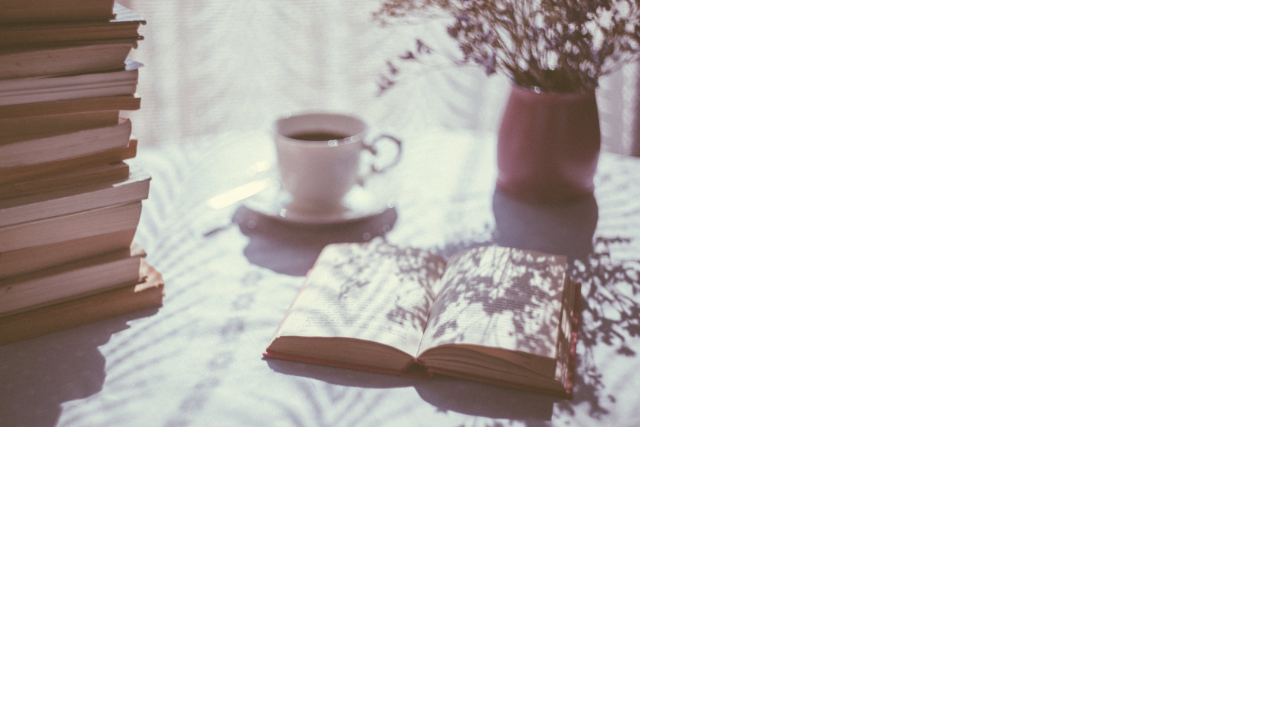
Repository: pazvarela/SCL019-social-network
Page: src/index.html
An editor plug-in stored every save of this project. The page is shown before and after the next save, followed by the edit.
The browser window is 1280 px wide. The pictures show the whole page.

Above is the page before, as saved 2022-03-08 17:20:07.
Console error (its wording comes from the project's code and is left out).

After the next save:
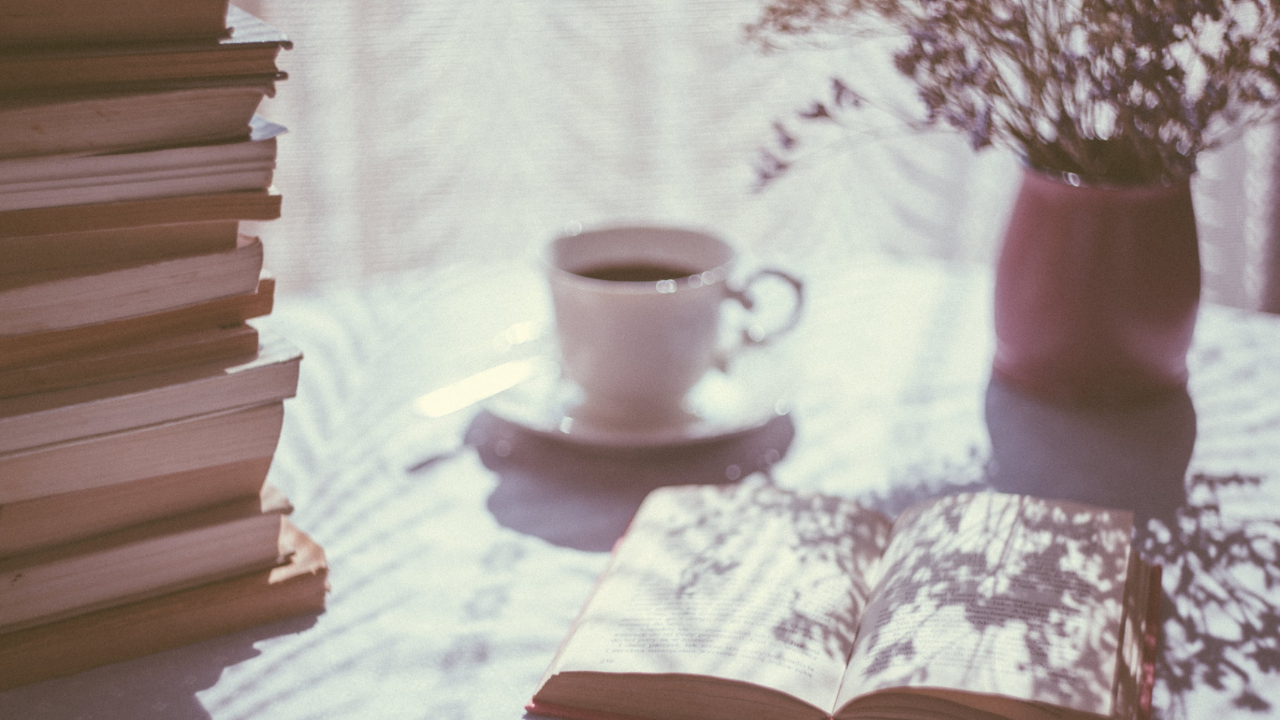
Saved 13 s later.
--- a/src/style.css
+++ b/src/style.css
@@ -7,7 +7,7 @@
 body {
     background-image: url('./img/backgroundbb.jpeg');
     background-repeat: no-repeat;
-    background-size: 50%;
+    background-size: 100%;
 }
 
 :root {

After the save that followed:
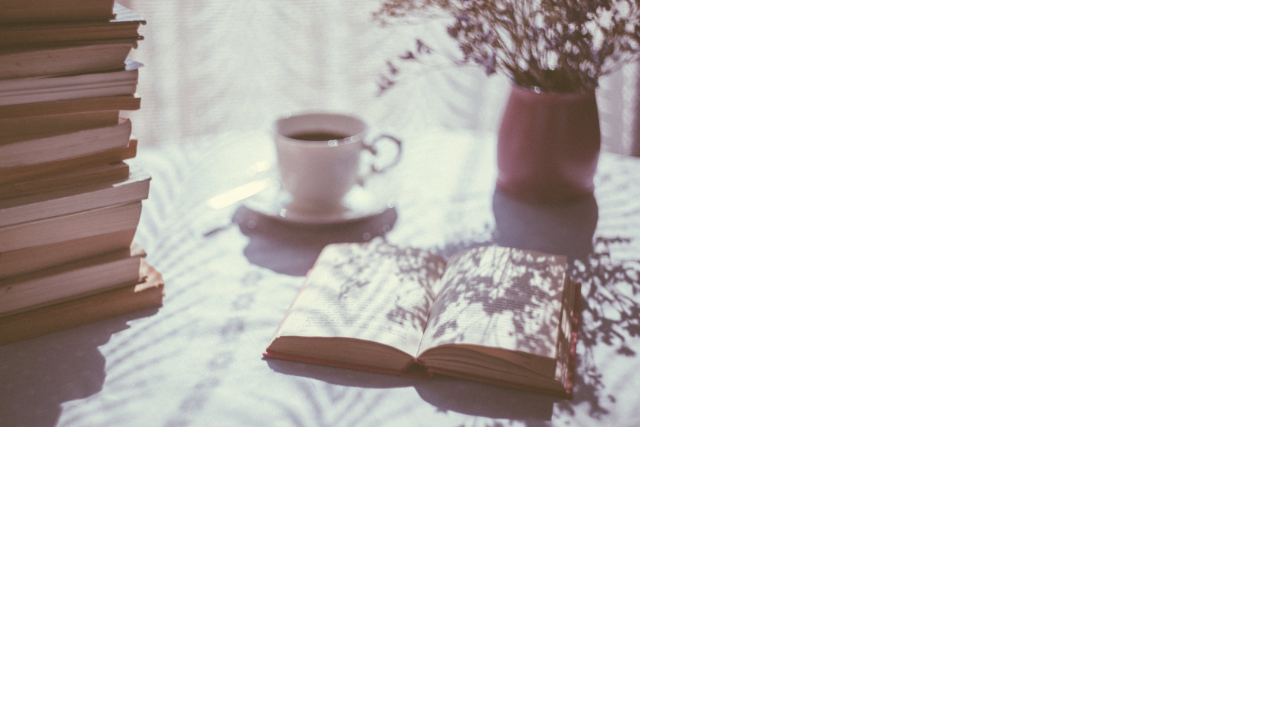
Saved 9 s later.
--- a/src/style.css
+++ b/src/style.css
@@ -7,7 +7,7 @@
 body {
     background-image: url('./img/backgroundbb.jpeg');
     background-repeat: no-repeat;
-    background-size: 100%;
+    background-size: 50%;
 }
 
 :root {
